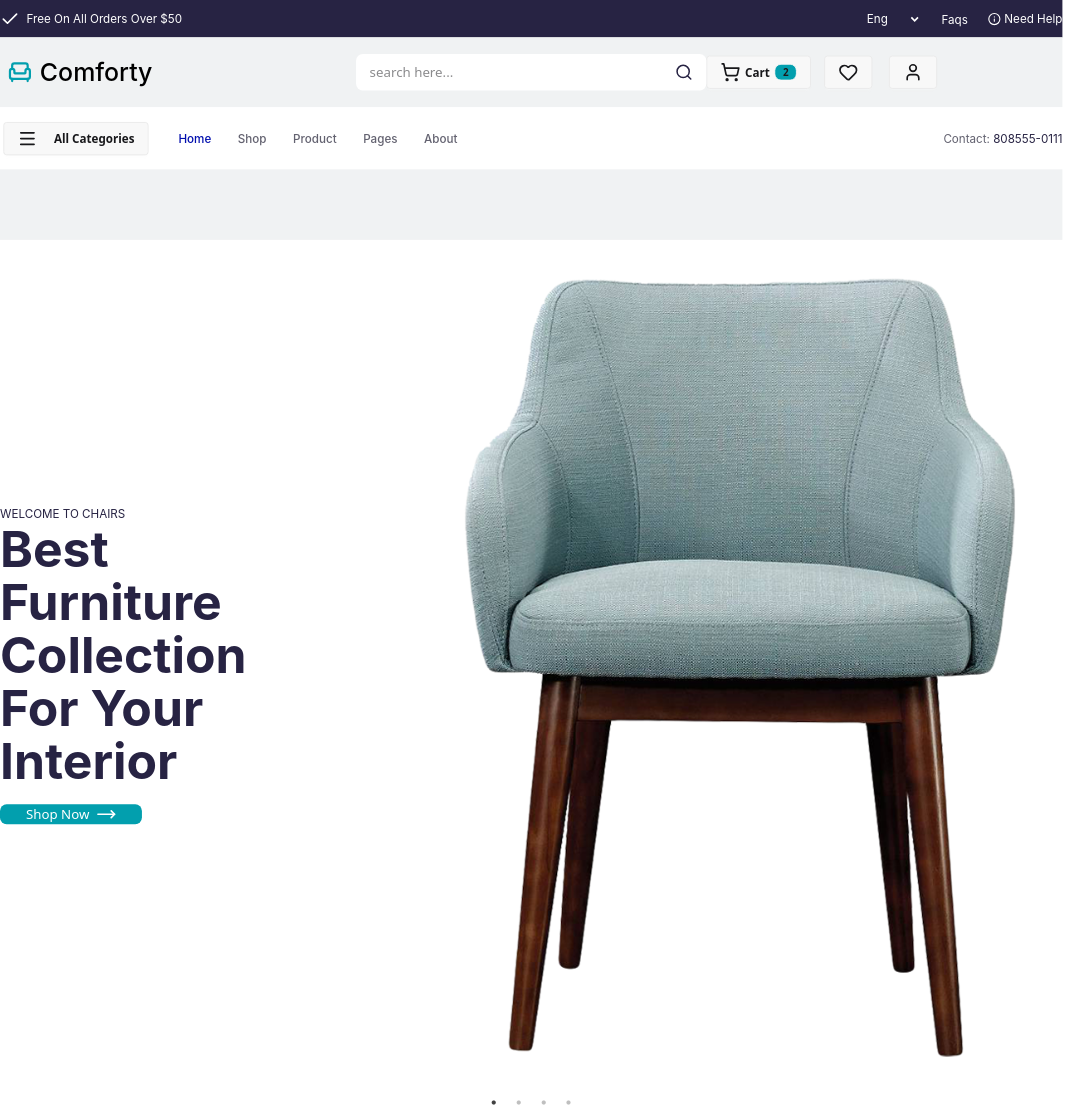
Repository: Neda0o0/store-template-website
Page: /
An editor plug-in stored every save of this project. The page is shown before and after the next save, followed by the edit.
The browser window is 1280 px wide. The page is 1305 px wide, so the pictures cover 1305 px, including what lies to the right of the window. The pictures show the whole page, at 83% of full size.
The project was rebuilt for these pictures with package versions that can differ from the ones it lists, and the page was loaded fresh each time. Also part of the build but not shown: vite.config.js, src/Pages/Auth/Auth.jsx, src/Pages/Auth/Login/Login.jsx, src/Pages/Auth/Register/Register.jsx, src/Pages/Error/Error.jsx, src/AuthCheck/AuthCheck.jsx.

Above is the page before, as saved 2025-10-21 18:07:28.

After the next save:
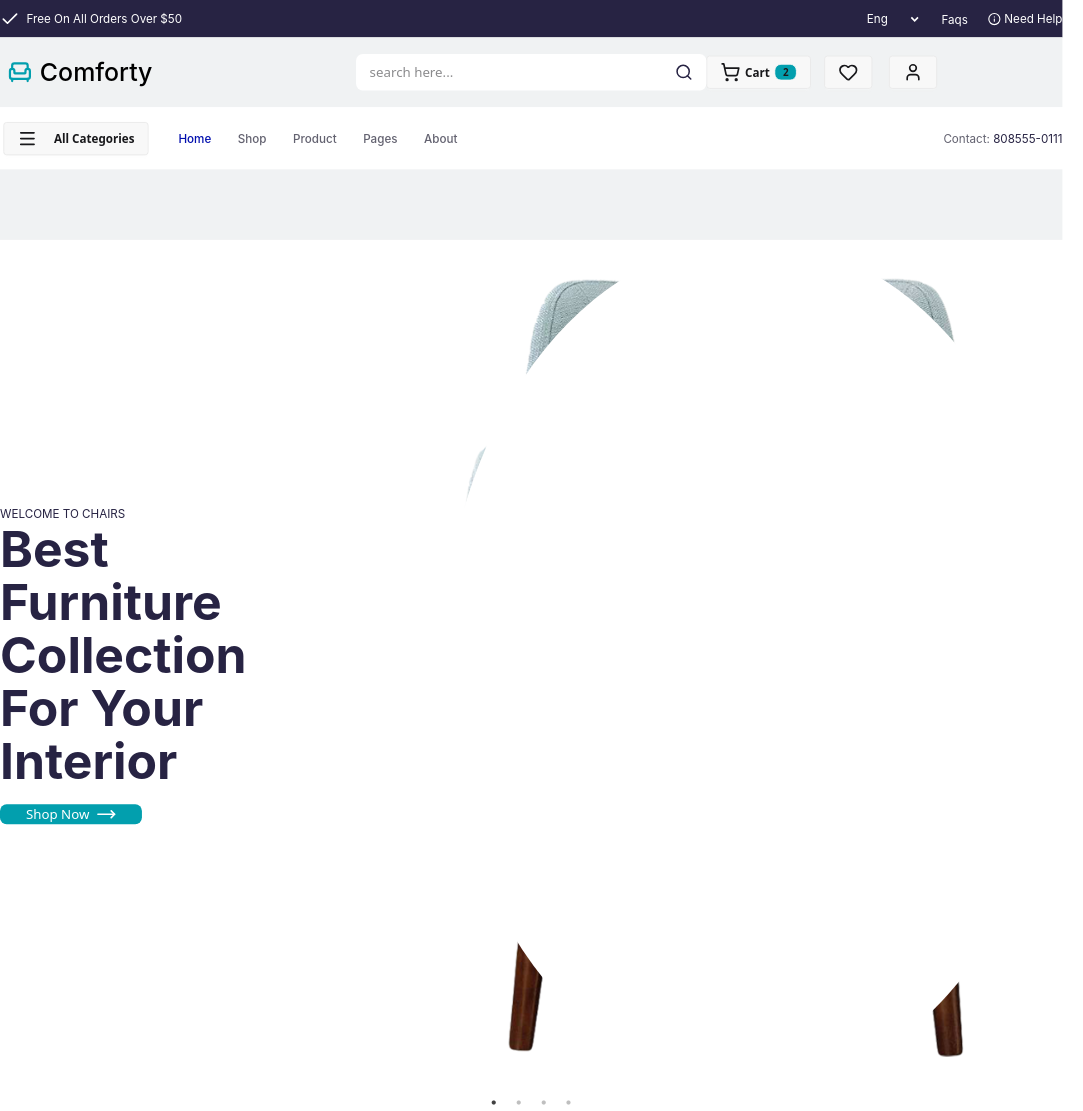
Saved 2 min 27 s later.
--- a/src/index.css
+++ b/src/index.css
@@ -25,5 +25,8 @@
   right: 0;
   max-width: 747px;
   width: 100%;
-  max-height: 100%;
+  min-height: 747px;
+  height: 100%;
+  background-color: white;
+  border-radius: 100%;
 }

After the 2 saves that followed:
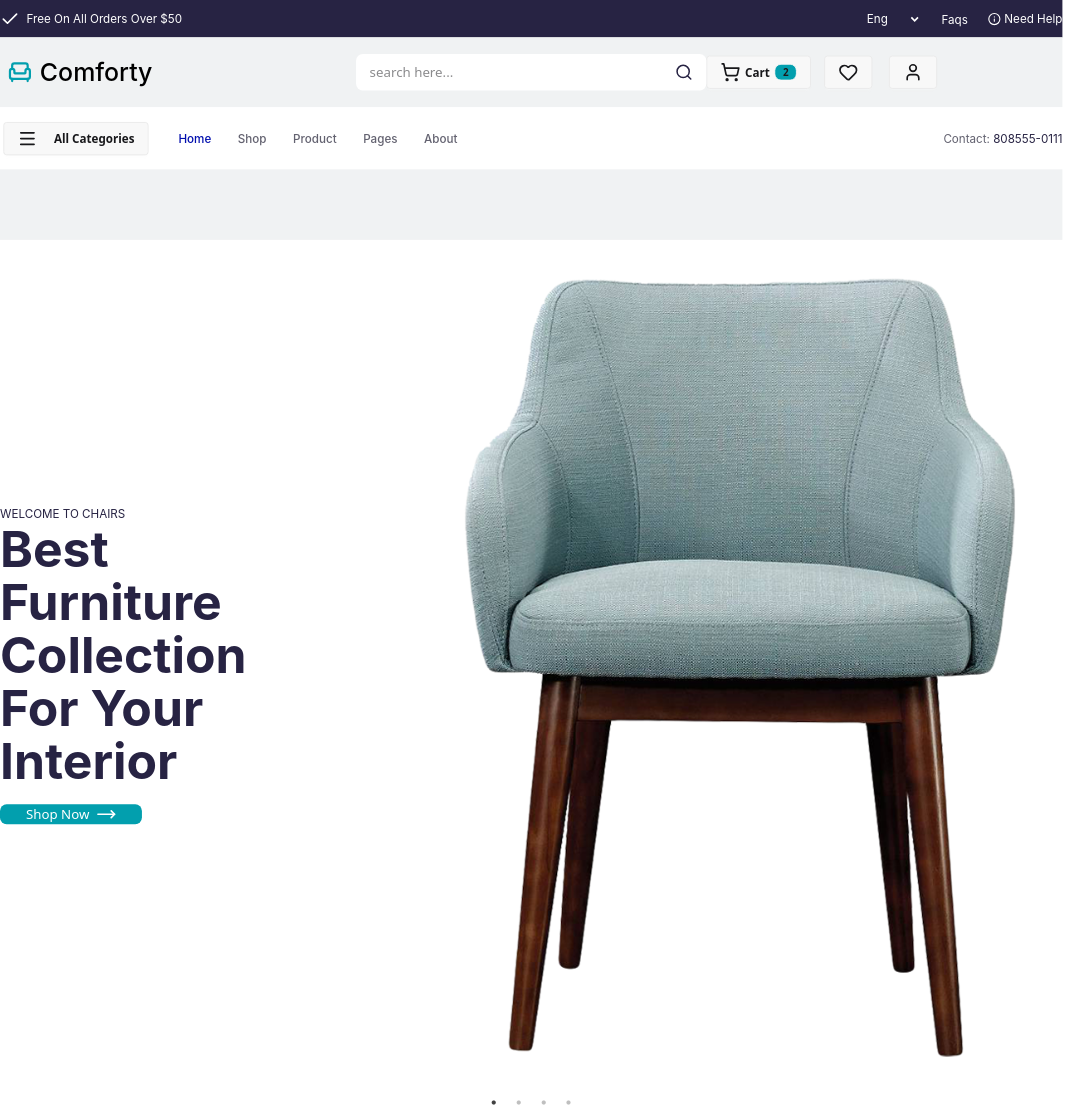
The 2 saves are shown as one change because 1 left the picture as it was.
The last was saved 2 min 32 s later.
--- a/src/index.css
+++ b/src/index.css
@@ -28,5 +28,7 @@
   min-height: 747px;
   height: 100%;
   background-color: white;
+  /* background-color: #ele3e5;  */
   border-radius: 100%;
+  z-index: -1;
 }
